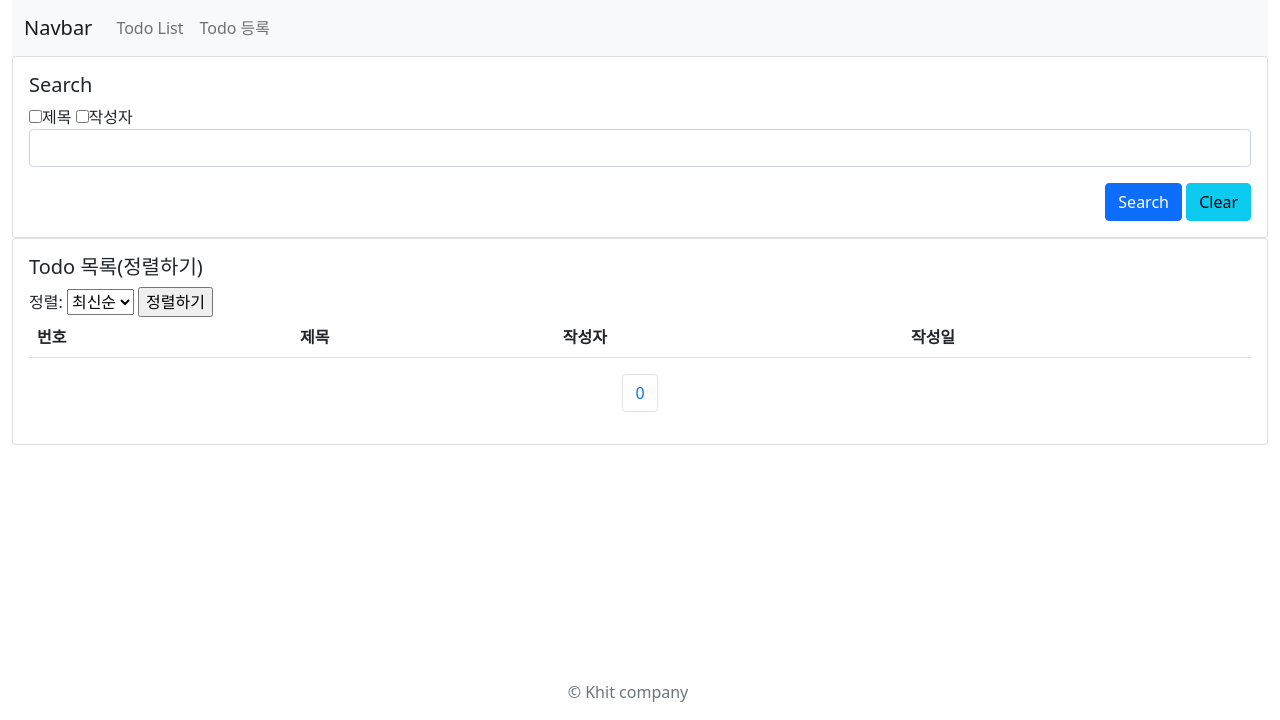
Repository: KyoungHwanJeong/springworks
Page: http://localhost/todoweb/WEB-INF/views/todo/list_sort.jsp
An editor plug-in stored every save of this project. The page is shown before and after the next save, followed by the edit.
The browser window is 1280 px wide. The pictures show the whole page.
The page is served by Tomcat 9. Nobody is signed in. Other server files are loaded and not shown. The template is opened directly, without the code that normally fills it, so the values that code supplies are empty.

Above is the page before, as saved 2024-01-09 09:16:42.

### todoweb/src/main/webapp/WEB-INF/views/todo/list_sort.jsp
<%@ page language="java" contentType="text/html; charset=UTF-8"
    pageEncoding="UTF-8"%>
<%@ taglib uri="http://java.sun.com/jsp/jstl/core" prefix="c" %>
<%@ taglib uri="http://java.sun.com/jsp/jstl/fmt" prefix="fmt" %>

<!DOCTYPE html>
<html>
<head>
<meta charset="UTF-8">
<title>Todo 목록(정렬)</title>
</head>
<body>
	<div class="container-fluid">
		<jsp:include page="../layout/header.jsp" />
		<!-- 검색 영역 -->
		<div class="row content">
			<div class="col">
				<div class="card">
					<div class="card-body">
						<h5 class="card-title">Search</h5>
						<form action="/todo/paging" method="get">
							<div class="mb-3">
								<input type="checkbox" name="types" value="t">제목
								<input type="checkbox" name="types" value="w">작성자
								<input type="text" name="keyword" class="form-control">
							</div>
							<div class="mb-3">
								<div class="float-end">
									<button type="submit" class="btn btn-primary">Search</button>
									<button type="reset" class="btn btn-info">Clear</button>
								</div>
							</div>
						</form>
					</div>
				</div>
			</div>
		</div>

		<!-- 본문 영역 -->
		<div class="row content">
			<div class="col">
				<div class="card">
					<div class="card-body">
						<h5 class="card-title">Todo 목록(정렬하기)</h5>
							<form action="/todo/list_sort" method="get" class="list_sort">
								<div>
								<label>정렬: </label>
								<select name="sort" class="sort">
									<option value="recent">최신순</option>
									<option value="popular">제목순</option>
								</select>
								<input type="submit" value="정렬하기">
								</div>
							</form>
						<table class="table">
							<thead>
								<tr>
									<th>번호</th><th>제목</th><th>작성자</th><th>작성일</th>
								</tr>
							</thead>
							<tbody>
								<c:forEach items="${responseDTO.dtoList}" var="todo">
								<tr>
									<td>${todo.tno}</td>
									<td><a href="/todo?tno=${todo.tno}&page=${responseDTO.page}">${todo.title}</a></td>
									<td>${todo.writer}</td>
									<td><fmt:formatDate value="${todo.createdDate}" pattern="yyyy년  MM월 dd일 HH:mm:ss" /></td>
								</tr>
								</c:forEach>
							</tbody>

						</table>

						<!-- 페이징 처리 -->
						<div class ="d-flex justify-content-center">
							<ul class="pagination flex-wrap">
								<!-- 이전 페이지 -->
								<c:if test="${responseDTO.prev}">
									<li class="page-item">
										<a class="page-link" href="/todo/paging?page=${responseDTO.startPage-1}">Previous</a>
									</li>
								</c:if>

								<!-- 페이지 번호 -->
								<c:forEach var="num" begin="${responseDTO.startPage}" end="${responseDTO.endPage}">
									<li class="page-item ${responseDTO.page eq num ? 'active' : '' }" >
										<a href="/todo/paging?page=${num}" class="page-link">${num}</a>
									</li>
								</c:forEach>

								<!-- 다음 페이지 -->
								<c:if test="${responseDTO.next}">
									<li class="page-item">
										<a class="page-link" href="/todo/paging?page=${responseDTO.endPage+1}">Next</a>
									</li>
								</c:if>
							</ul>
						</div><!-- 페이징 처리 -->
					</div>
				</div>
			</div>
		</div>	<!-- 본문 영역 닫기 -->
		<jsp:include page="../layout/footer.jsp"></jsp:include>
	</div>
</body>
</html>

### todoweb/src/main/webapp/WEB-INF/views/layout/header.jsp
<%@ page language="java" contentType="text/html; charset=UTF-8"
    pageEncoding="UTF-8"%>
<%@ taglib uri="http://java.sun.com/jsp/jstl/core" prefix="c" %>
<link href="https://cdn.jsdelivr.net/npm/bootstrap@5.1.3/dist/css/bootstrap.min.css" rel="stylesheet" integrity="sha384-1BmE4kWBq78iYhFldvKuhfTAU6auU8tT94WrHftjDbrCEXSU1oBoqyl2QvZ6jIW3" crossorigin="anonymous">
<script src="https://cdn.jsdelivr.net/npm/bootstrap@5.1.3/dist/js/bootstrap.bundle.min.js" integrity="sha384-ka7Sk0Gln4gmtz2MlQnikT1wXgYsOg+OMhuP+IlRH9sENBO0LRn5q+8nbTov4+1p" crossorigin="anonymous"></script>
<header>
<nav class="navbar navbar-expand-lg navbar-light bg-light">
  <div class="container-fluid">
    <a class="navbar-brand" href="/">Navbar</a>
    <button class="navbar-toggler" type="button" data-bs-toggle="collapse" data-bs-target="#navbarSupportedContent" aria-controls="navbarSupportedContent" aria-expanded="false" aria-label="Toggle navigation">
      <span class="navbar-toggler-icon"></span>
    </button>
    <div class="collapse navbar-collapse" id="navbarSupportedContent">
      <ul class="navbar-nav me-auto mb-2 mb-lg-0">
        <li class="nav-item">
          <a class="nav-link" href="/todo/paging">Todo List</a>
        </li>
        <li class="nav-item">
          <a class="nav-link" href="/todo/register">Todo 등록</a>
        </li>
      </ul>
    </div>
  </div>
</nav>

</header>

### todoweb/src/main/webapp/WEB-INF/views/layout/footer.jsp
<%@ page language="java" contentType="text/html; charset=UTF-8"
    pageEncoding="UTF-8"%>
<div class="row footer">
	<div class="row fixed-bottom">
		<footer>
			<p class="text-center text-muted">&copy; Khit company</p>
		</footer>
	</div>
</div>

After the next save:
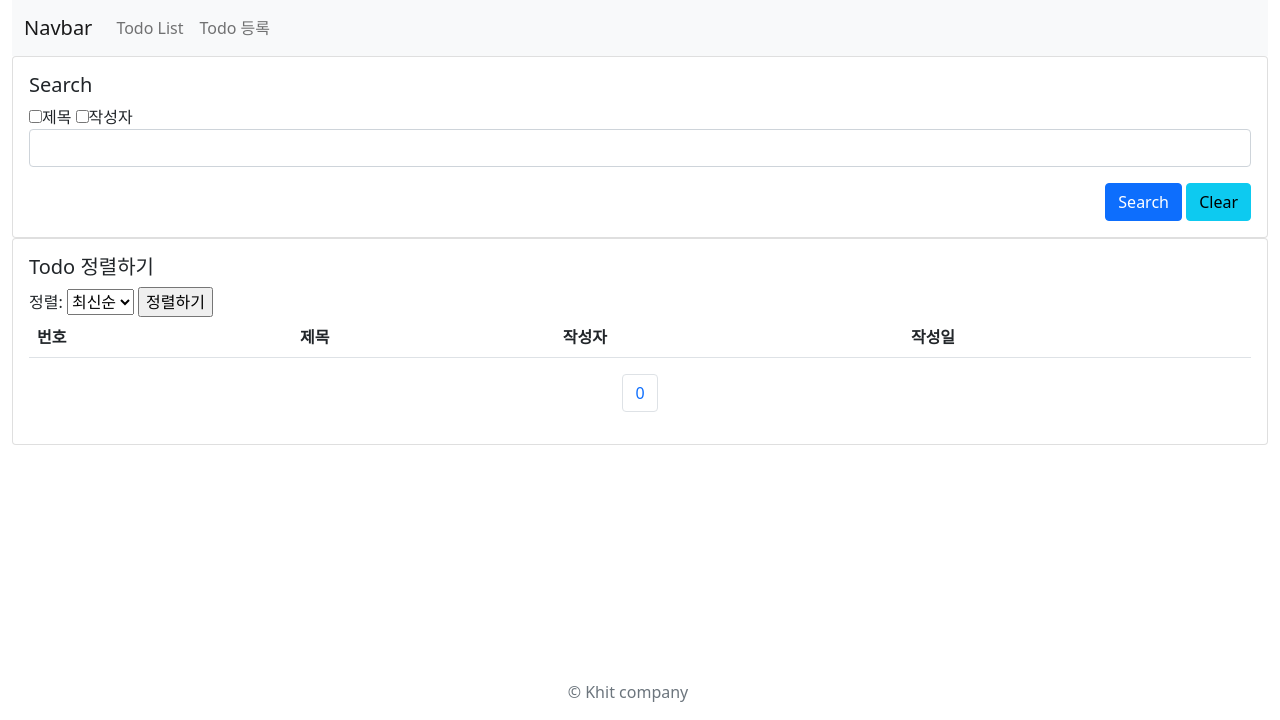
Saved 2 min 35 s later.
--- a/todoweb/src/main/webapp/WEB-INF/views/todo/list_sort.jsp
+++ b/todoweb/src/main/webapp/WEB-INF/views/todo/list_sort.jsp
@@ -41,7 +41,7 @@
 			<div class="col">
 				<div class="card">
 					<div class="card-body">
-						<h5 class="card-title">Todo 목록(정렬하기)</h5>
+						<h5 class="card-title">Todo 정렬하기</h5>
 							<form action="/todo/list_sort" method="get" class="list_sort">
 								<div>
 								<label>정렬: </label>
